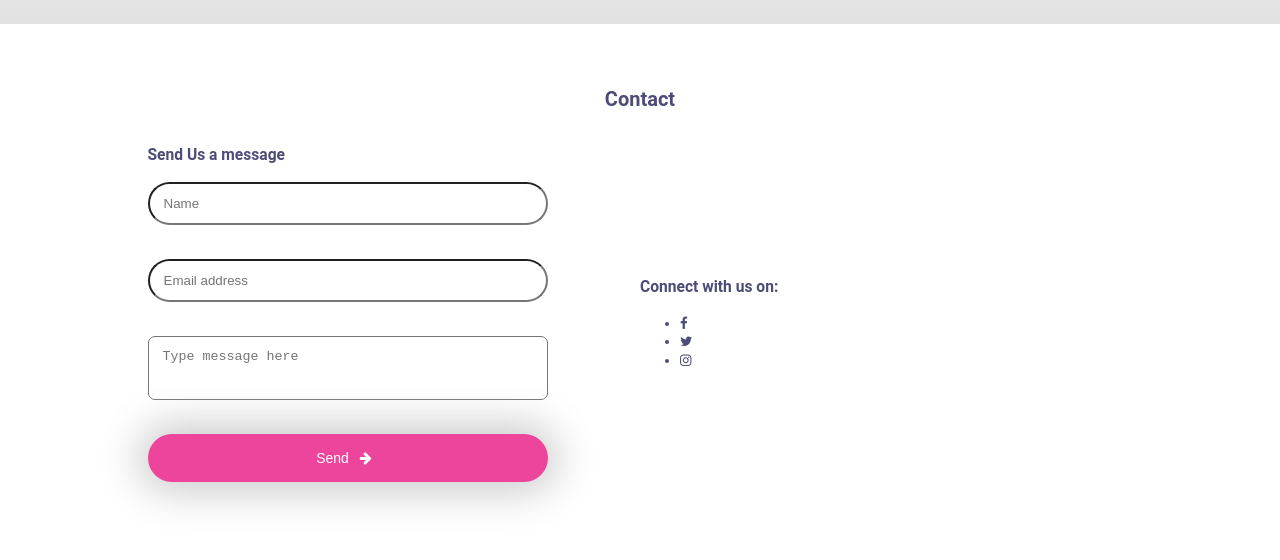
Repository: wisdomspine/emmatech-website
Page: index.html
The author's editor kept a copy of each file at every save. The page is drawn from the files as they stood at one save, then again after the next save.
The browser window is 1280 px wide. The pictures show the part of the page from y = 1532 to 2092 px (the page is 2092 px tall).
A picture or video elsewhere on the page could not be fetched, so the positions and the page height are approximate.

Above is the page before, as saved 2020-11-02 12:32:39.

After the next save:
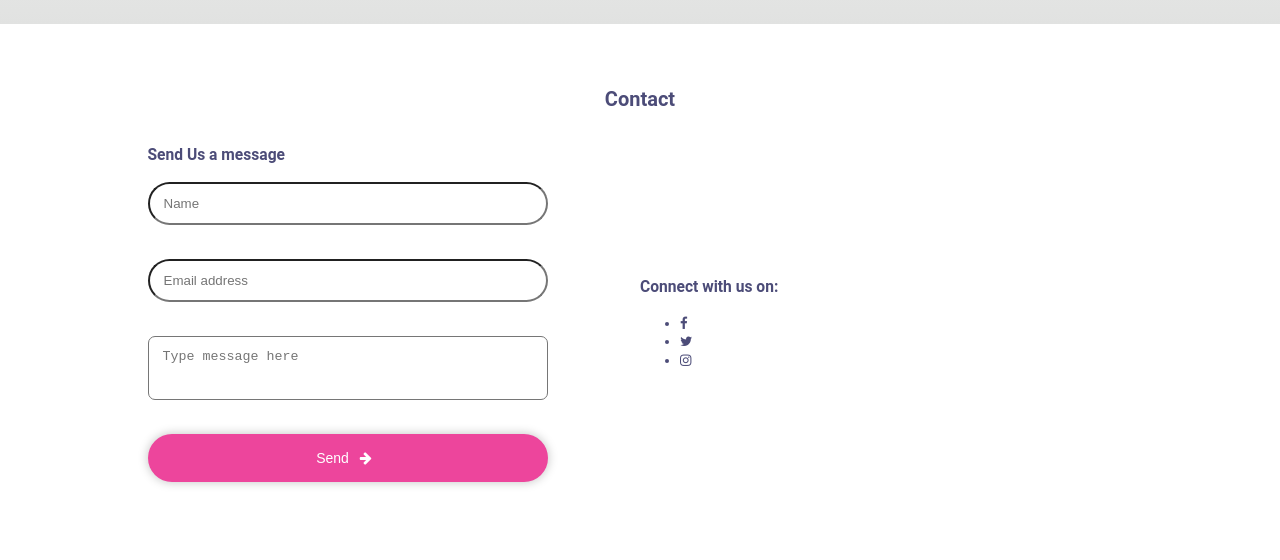
Saved 7 s later.
--- a/assets/styles/index.css
+++ b/assets/styles/index.css
@@ -146,7 +146,7 @@ textarea{
 
 .home-contact button{
     border: none;
-    box-shadow: 0px 0px 40px  10px #cccccc;
+    box-shadow: 0px 0px 10px  1px #cccccc;
     cursor: pointer;
     transition: .5s ease-in-out;
 }
